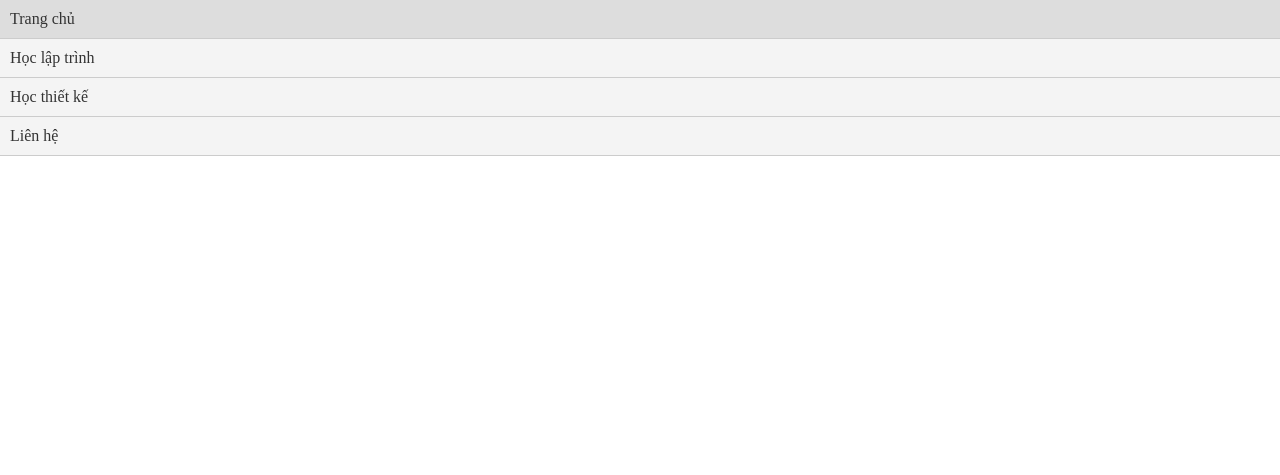
Repository: G1tHub-zer0/BTTH
Page: BTCSS/bai16+20.html
These files come from the project's save history. The page is drawn as it stood at one moment and after the next save; the edit follows.
The browser window is 1280 px wide. The pictures show the whole page.

Above is the page before, as saved 2024-03-22 19:28:53.

### BTCSS/bai16+20.html
<!DOCTYPE html>
<html lang='en'>

<head>
    <meta charset='UTF-8'>
    <meta http-equiv='X-UA-Compatible' content='IE=edge'>
    <meta name='viewport' content='width=device-width, initial-scale=1.0'>
    <link rel='stylesheet' href='bai16+20.css'>
    <title></title>
</head>

<body>
    <nav class="menu">
        <ul>
            <li><a href="#">Trang chủ</a></li>
            <li>
                <a href="#">Học lập trình</a>
                <ul class="submenu">
                    <li><a href="#">HTML/CSS</a></li>
                    <li><a href="#">JavaScript</a></li>
                    <li><a href="#">Python</a></li>
                </ul>
            </li>
            <li>
                <a href="#">Học thiết kế</a>
                <ul class="submenu">
                    <li><a href="#">Photoshop</a></li>
                    <li><a href="#">Illustrator</a></li>
                    <li><a href="#">Figma</a></li>
                </ul>
            </li>
            <li><a href="#">Liên hệ</a></li>
        </ul>
    </nav>
</body>

</html>

### BTCSS/bai16+20.css
body {
  margin: 0;
  padding: 0;
  box-sizing: border-box;
}
.menu ul {
  list-style-type: none;
  padding: 0;
  margin: 0;
}

.menu ul li {
  position: relative;
}

.menu ul li a {
  display: block;
  padding: 10px;
  text-decoration: none;
  color: #333;
  background-color: #f4f4f4;
  border-bottom: 1px solid #ccc;
}
.submenu {
  position: absolute;
  top: 0;
  left: 100%;
  display: none;
  background-color: #fff;
}
.menu ul ul li {
  width: 200px;
}
.menu ul ul li a {
  padding: 8px 20px;
}
.menu ul li:hover .submenu {
  display: block;
}

.menu ul li:hover > a {
  background-color: #ddd;
}

After the next save:
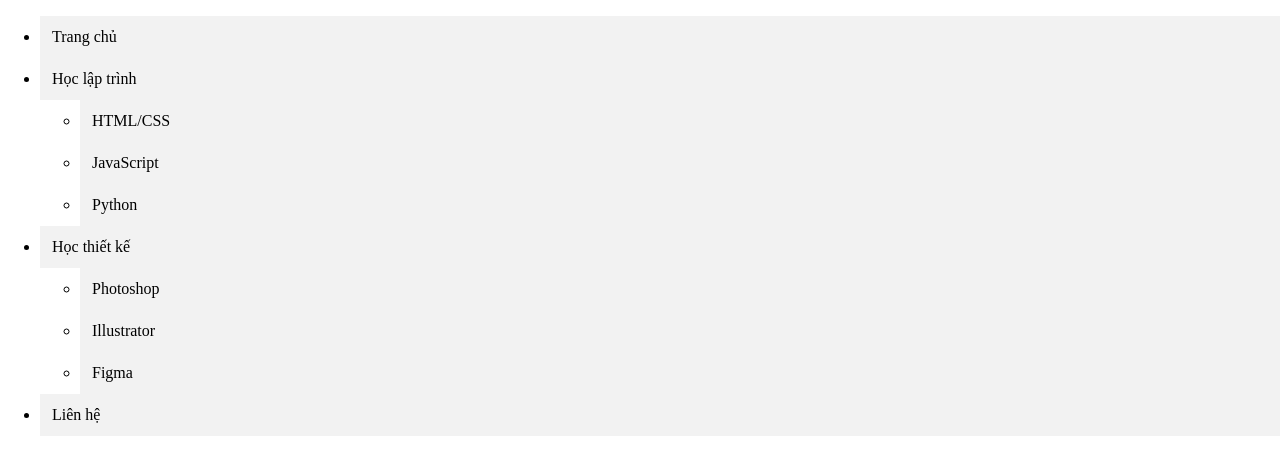
Saved 72 s later.
--- a/BTCSS/bai16+20.css
+++ b/BTCSS/bai16+20.css
@@ -3,41 +3,23 @@ body {
   padding: 0;
   box-sizing: border-box;
 }
-.menu ul {
-  list-style-type: none;
-  padding: 0;
-  margin: 0;
+s .menu {
+  width: 200px;
 }
 
-.menu ul li {
-  position: relative;
+.menu a {
+  background-color: #f2f2f2;
+  color: black;
+  display: block;
+  padding: 12px;
+  text-decoration: none;
 }
 
-.menu ul li a {
-  display: block;
-  padding: 10px;
-  text-decoration: none;
-  color: #333;
-  background-color: #f4f4f4;
-  border-bottom: 1px solid #ccc;
-}
-.submenu {
-  position: absolute;
-  top: 0;
-  left: 100%;
-  display: none;
-  background-color: #fff;
-}
-.menu ul ul li {
-  width: 200px;
-}
-.menu ul ul li a {
-  padding: 8px 20px;
-}
-.menu ul li:hover .submenu {
-  display: block;
+.menu a:hover {
+  background-color: #ddd;
 }
 
-.menu ul li:hover > a {
-  background-color: #ddd;
+.menu a.active {
+  background-color: #007bff;
+  color: white;
 }
